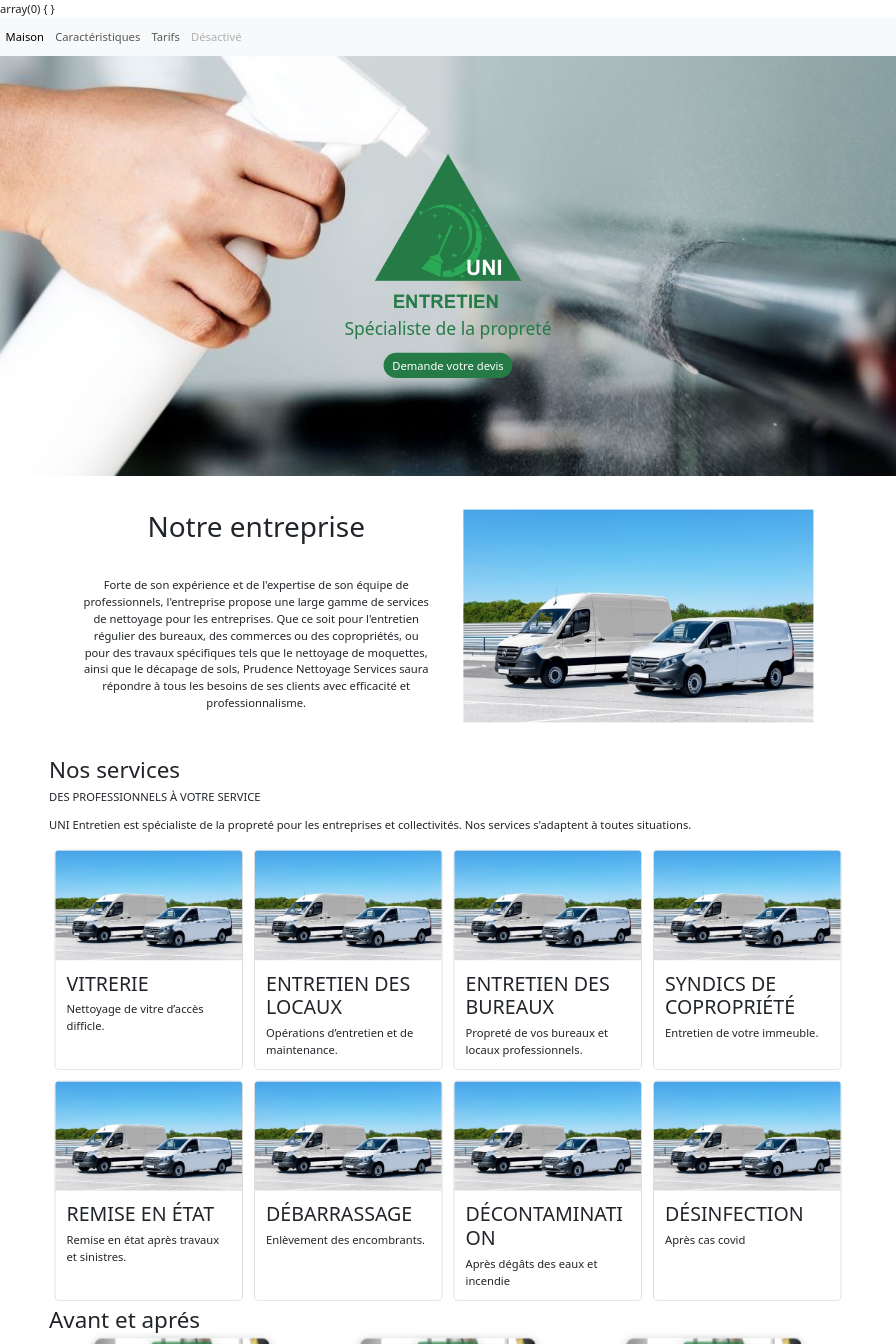
Repository: tomrib/site-UNI
Page: http://localhost/
The author's editor kept a copy of each file at every save. The page is drawn from the files as they stood at one save, then again after a run of saves.
The browser window is 1280 px wide. The pictures show the part of the page from y = 0 to 1920 px (the page is 2638 px tall before and 720 px after), at 70% of full size.
The page is run by PHP 8.4 with error messages shown; the project is at /var/www/html/.

Above is the page before, as saved 2023-12-01 13:50:15.

After the next 3 saves:
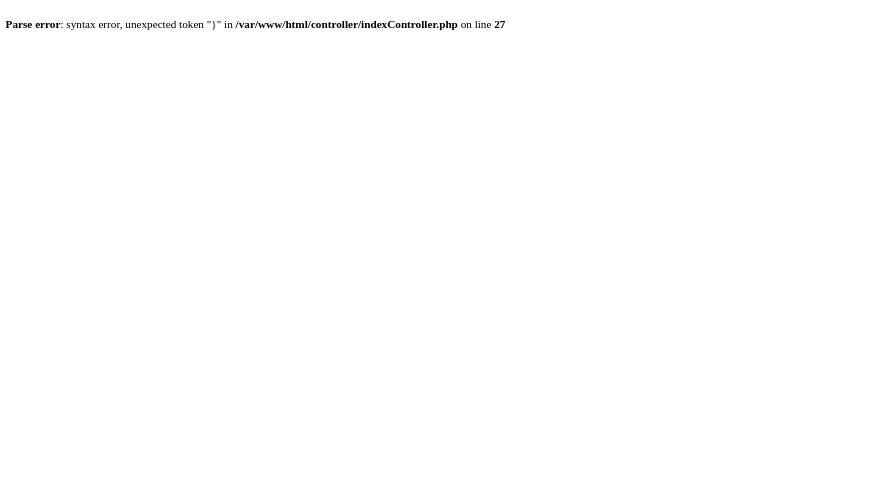
The 3 saves are shown as one change because they came seconds apart.
The last was saved 15 s later.
--- a/controller/indexController.php
+++ b/controller/indexController.php
@@ -23,7 +23,7 @@ if (!empty($_POST)) {
     if (!empty($_POST['flexCheck'])) {
         if (!empty($_POST['firstname'])) {
             if(!preg_match($regex['name'], $_POST['firstname'])){
-
+                $f
             }else {
                 $formError['firstname'] = "Format invalide pour le champ Prénom.";
             }
